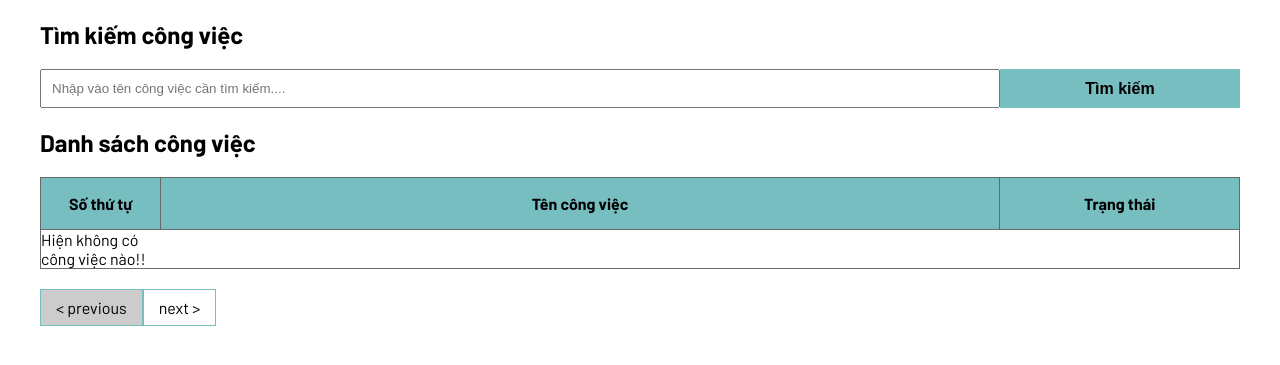
Repository: OkazakiTruong/searchReact
Page: /
The author's editor kept a copy of each file at every save. The page is drawn from the files as they stood at one save, then again after the next save.
The browser window is 1280 px wide. The pictures show the whole page.
The page's requests for data from a server got no answer. The project was rebuilt for these pictures with package versions that can differ from the ones it lists, and the page was loaded fresh each time. No one was signed in, and anything a server would have sent is missing. Also part of the build but not shown: vite.config.js.

Above is the page before, as saved 2024-01-11 20:07:10.

### src/App.jsx
import React from "react";
import { SearchAppContainer } from "./SearchApp/SearchAppContainer";

export const App = () => {
  return (
    <div className="app">
      <SearchAppContainer />
    </div>
  );
};

### src/index.css
@import url("https://fonts.googleapis.com");
@import url("https://fonts.gstatic.com");
@import url("https://fonts.googleapis.com/css2?family=Barlow:ital,wght@0,100;0,200;0,300;0,400;0,500;0,600;0,700;0,800;0,900;1,100;1,200;1,300;1,400;1,500;1,600;1,700;1,800;1,900&display=swap");

* {
  padding: 0;
  margin: 0;
  box-sizing: border-box;
}

body {
  font-family: "Barlow", sans-serif;
}
ul,
li {
  list-style: none;
}

.app {
  max-width: 1250px;
  padding: 0 25px;
  margin: 0 auto;
}

### src/SearchApp/SearchAppContainer.jsx
import React, { useCallback, useEffect, useState } from "react";
import { ListTodo } from "./Todo/ListTodo";
import { Search } from "./Search/Search";
import { Pagination } from "./Pagination/Pagination";

export const SearchAppContainer = () => {
  const [todos, setTodos] = useState(null);
  const [totalPage, setTotalPage] = useState(null);
  const [currentPage, setCurrentPage] = useState(1);
  useEffect(() => {
    //fetch api
    fetch(`https://jsonplaceholder.typicode.com/todos?_page=${currentPage}`, {
      method: "GET",
      headers: {
        "Content-type": "application/json",
      },
    })
      .then((response) => {
        // console.log(response);
        // setTotalTodos(+response.headers.get("x-total-count"));
        setTotalPage(Math.ceil(+response.headers.get("x-total-count") / 10));
        return response.json();
      })
      .then((data) => {
        console.log(data);
        setTodos(data);
      });
  }, [currentPage]);
  const handlePageClick = (event) => {
    setCurrentPage(++event.selected);
  };
  return (
    <div>
      <Search todos={todos} />
      <ListTodo todos={todos} />
      <Pagination totalPage={totalPage} handlePageClick={handlePageClick} />
    </div>
  );
};

### src/SearchApp/Todo/ListTodo.jsx
import React from "react";
import "./listTodo.css";

export const ListTodo = ({ todos }) => {
  return (
    <>
      <h2>Danh sách công việc</h2>
      <table>
        <tbody>
          <tr>
            <th className="numerical-order">Số thứ tự</th>
            <th className="todo-name">Tên công việc</th>
            <th className="status">Trạng thái</th>
          </tr>
          {!todos
            ? "Hiện không có công việc nào!!"
            : todos.map((todo, index) => (
                <tr key={todo.id}>
                  <td>{todo.id}</td>
                  <td>{todo.title}</td>
                  <td>
                    {todo.completed ? "Đã hoàn thành" : "Chưa hoàn thành"}
                  </td>
                </tr>
              ))}
        </tbody>
      </table>
    </>
  );
};

### src/SearchApp/Search/Search.jsx
import React, { useRef } from "react";
import "./Search.css";

export const Search = ({ todos }) => {
  const suggestRef = useRef(null);
  const handleFocus = () => {
    console.log(suggestRef.current);
    suggestRef.current.classList.add("active");
  };
  return (
    <div className="search-container">
      <h2>Tìm kiếm công việc</h2>
      <form action="#">
        <div className="search-bar">
          <input
            type="text"
            placeholder="Nhập vào tên công việc cần tìm kiếm...."
            onFocus={handleFocus}
          />
          <button>Tìm kiếm</button>
        </div>
      </form>
      <div className="search-suggest" ref={suggestRef}>
        {todos?.map((todo) => {
          return <p className="todo-search-suggest">{todo.title}</p>;
        })}
      </div>
    </div>
  );
};

### src/SearchApp/Pagination/Pagination.jsx
import React from "react";
import ReactPaginate from "react-paginate";
import "./pagination.css";

export const Pagination = ({ totalPage, handlePageClick }) => {
  return (
    <div className="pagination-container">
      <ReactPaginate
        nextLabel="next >"
        onPageChange={handlePageClick}
        pageRangeDisplayed={3}
        marginPagesDisplayed={2}
        pageCount={totalPage}
        previousLabel="< previous"
        pageClassName="page-item"
        pageLinkClassName="page-link"
        previousClassName="page-item"
        previousLinkClassName="page-link"
        nextClassName="page-item"
        nextLinkClassName="page-link"
        breakLabel="..."
        breakClassName="page-item"
        breakLinkClassName="page-link"
        containerClassName="pagination"
        activeClassName="active"
        renderOnZeroPageCount={null}
      />
    </div>
  );
};

### src/SearchApp/Todo/listTodo.css
table {
  width: 100%;
}
table,
th,
td {
  border: 1px solid #696969;
  border-collapse: collapse;
}
th,
td {
  padding: 16px;
}
th {
  background-color: #77bec0;
}
th.todo-name {
  width: 70%;
}
th.numeric-order {
  width: 10%;
}
th.status {
  width: 20%;
}

h2 {
  margin-bottom: 20px;
}

### src/SearchApp/Search/Search.css
input {
  width: 80%;
  padding: 10px;
}
button {
  width: 20%;
  cursor: pointer;
  background-color: #77bec0;
  border: #77bec0;
  font-weight: 600;
  font-size: 16px;
}
.search-container {
  margin: 20px 0;
  position: relative;
}
.search-bar {
  display: flex;
  width: 100%;
}
.search-suggest {
  border: 1px solid #77bec0;
  position: absolute;
  width: 80%;
  height: 200px;
  background-color: white;
  padding: 10px 0 10px 0;
  overflow: auto;
  visibility: hidden;
}
.search-suggest.active {
  visibility: visible;
  background-color: white;
}
.search-suggest::-webkit-scrollbar-track {
  -webkit-box-shadow: inset 0 0 6px rgba(0, 0, 0, 0.3);
  background-color: #f5f5f5;
}
.search-suggest::-webkit-scrollbar {
  width: 4px;
  background-color: #f5f5f5;
}
.search-suggest::-webkit-scrollbar-thumb {
  background-color: #579092;
  border: 2px solid #579092;
}

.todo-search-suggest {
  padding: 10px;
}
.todo-search-suggest:hover {
  background-color: #ccc;
  cursor: pointer;
}

### src/SearchApp/Pagination/pagination.css
.pagination-container {
  margin: 20px 0 !important;
}
.pagination {
  display: flex;
}
.pagination .page-link {
  border: 1px solid #77bec0;
  display: block;
  padding: 8px 15px;
  cursor: pointer;
  user-select: none;
}

.pagination .page-link:hover {
  background-color: #e4e4e4;
}

.active {
  background-color: #77bec0;
}

.disabled {
  background-color: #ccc;
  cursor: not-allowed;
}

Loaded but not shown: index.html (common file); src/main.jsx (common file)

After the next save:
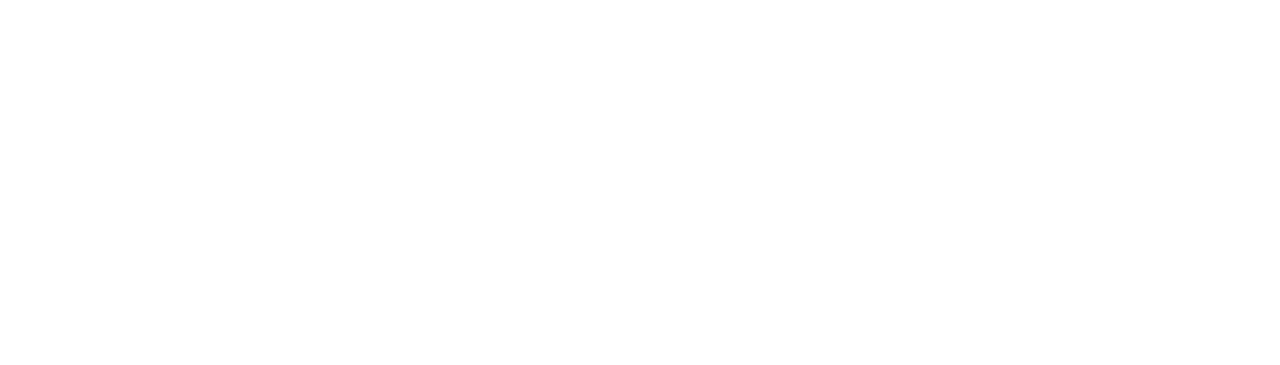
Console error: ReferenceError: handleBlur is not defined
Saved 43 s later.
--- a/src/SearchApp/Search/Search.jsx
+++ b/src/SearchApp/Search/Search.jsx
@@ -16,6 +16,7 @@
             type="text"
             placeholder="Nhập vào tên công việc cần tìm kiếm...."
             onFocus={handleFocus}
+            onBlur={handleBlur}
           />
           <button>Tìm kiếm</button>
         </div>

After the save that followed:
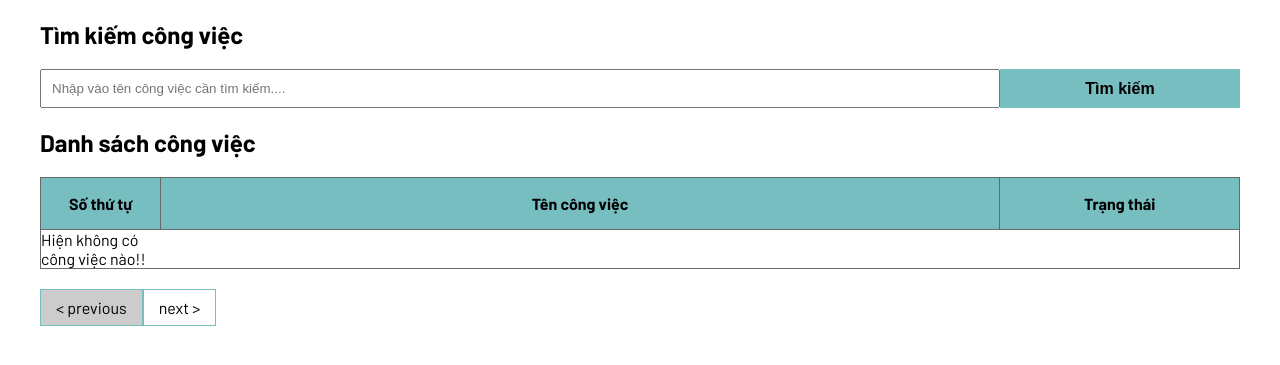
The error is gone.
Saved 26 s later.
--- a/src/SearchApp/Search/Search.jsx
+++ b/src/SearchApp/Search/Search.jsx
@@ -6,6 +6,9 @@
   const handleFocus = () => {
     console.log(suggestRef.current);
     suggestRef.current.classList.add("active");
+  };
+  const handleBlur = () => {
+    suggestRef.current.classList.remove("active");
   };
   return (
     <div className="search-container">
